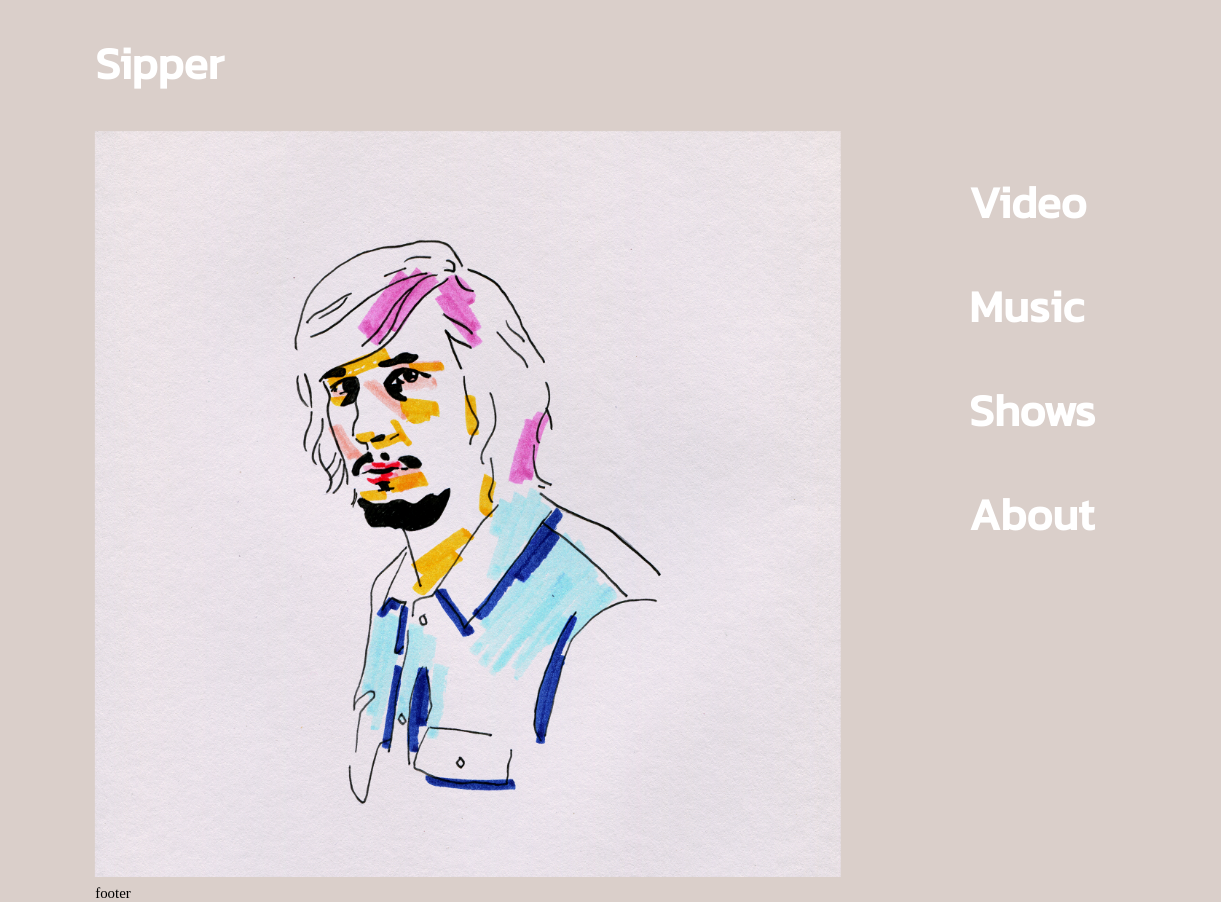
Repository: KrystellBarraza/SipperNYC
Page: home.html
The author's editor kept a copy of each file at every save. The page is drawn from the files as they stood at one save, then again after the next save.
The browser window is 1280 px wide. The page is 1280 px wide, then 1313 px, then 1280 px, so the pictures cover 1313 px, including what lies to the right of the window. The pictures show the whole page, at 93% of full size.
Some web libraries are served in a nearby version.

Above is the page before, as saved 2019-08-16 09:22:41.

### home.html
<!DOCTYPE html>
    <head>
        <meta charset="utf-8">
        <meta http-equiv="X-UA-Compatible" content="IE=edge">
        <title>Sipper</title>
        <meta name="description" content="Wholesome and intrinsically delicate, SIPPER is an NYC based band who wants nothing more than to make you enjoy whatever they put out.">
        <meta name="viewport" content="width=device-width, initial-scale=1">
        <script src="https://kit.fontawesome.com/0942df55aa.js"></script>
        <script src="https://ajax.googleapis.com/ajax/libs/jquery/3.4.1/jquery.min.js"></script>
        <link rel="stylesheet" href="https://ajax.googleapis.com/ajax/libs/jqueryui/1.12.1/themes/smoothness/jquery-ui.css">
        <script src="https://ajax.googleapis.com/ajax/libs/jqueryui/1.12.1/jquery-ui.min.js"></script>
        <link href="https://fonts.googleapis.com/css?family=Kanit&display=swap" rel="stylesheet">
        <link rel="stylesheet" href="style.css">
        <link rel="stylesheet" href="venobox/venoboxcopy.css" type="text/css" media="screen">
    </head>
    <body>

        <div class="container-home">
            <div class="head">
                <header>
                    <h1><a href="home.html">Sipper</a></h1>

                    <div id="toggleText">
                        <p class="menuToggle Open placeHolder"></p>
                        <p class="menuToggle Close" style="color: #FFF;"></p>
                    </div>

                    <div id="menu">
                        <ul id="hiddenMenu">
                            <li><a href="#video">Video</a></li>
                            <li><a href="#music">Music</a></li>
                            <li><a href="#shows">Shows</a></li>
                            <li><a href="#about">About</a></li>
                        </ul>
                    </div>

                </header>
            </div>

            <div id="menu-container"></div>

            <div class="menu">
                <div class="flexbox-nav">
                    <nav class="side-nav">
                        <h1><a href="#video">Video</a></h1>
                        <h1><a href="#music">Music</a></h1>
                        <h1><a href="#shows">Shows</a></h1>
                        <h1><a href="#about">About</a></h1>
                    </nav>
                </div>
            </div>

            <div class="album">
                <img src="images/albumcover.jpg">
            </div>

            <div class="footer">
                footer
            </div>

        </div>

        <script src="app.js" async defer></script>
        <script src="venobox/venobox.mincopy.js" async defer></script>
    </body>
</html>

### style.css
* {
    box-sizing: border-box;
}

html {
    scroll-behavior: smooth;
}

body {
    margin: 0;
    background-color: #dacfca;
}

p, li {
    font-family: 'Kanit', sans-serif;
}

p {
    font-size: 18px;
}

h1 {
    font-family: 'Kanit', sans-serif;
    color: #fff;
    font-size: 48px;
}

a {
    text-decoration: none;
    color: #fff;
}

/* Header */

.container-home {
    display: grid;
    grid-template-columns: repeat(12, 1fr);
    grid-template-rows: auto 2fr 1fr;
    grid-gap: 5px;
    grid-column-gap: 20px;
    padding-left: 8%;
    padding-right: 8%;
    grid-template-areas:
    "h h h h h h h h h h h h"
    "c c c c c c c c c m m m"
    "c c c c c c c c c m m m"
    "f f f f f f f f f m m m";
}

.head {
    grid-area: h;
}

/* Toggled Header Nav */

#toggleText {
    top: 5%;
    right: 10%;
    color: #fff;
    position: absolute;
    z-index: 10;
}

#menu-container {
    background-color: #03262f;
    position: absolute;
    width: 100%;
    left: 0%;
    height: 100vh;
    z-index: 6;
}

#menu {
    background-color: #03262f;
    position: absolute;
    top: 0%;
    left: 0%;
    width: 100%;
    height: 100vh;
    z-index: 7;
}

#hiddenMenu {
    position: absolute;
    top: 30%;
}

p.placeHolder {
    display: none;
}

p.Open:before {
    content: "Menu";
}

p.Close:before {
    content: "Close";
}

ul {
    list-style: none;
}

li {
    font-size: 44px;
    line-height: 46pt;
}

/* Toggled Media Queries */

@media only screen and (min-width: 320px) {
    h2 {
        font-size: 24px;
    }
}

@media only screen and (min-width: 375px) {
    h2 {
        font-size: 32px;
    }
}

@media only screen and (max-width: 450px) {
    nav {
        visibility: hidden;
    }
}

@media only screen and (min-width: 450px) {
    #toggleText {
        visibility: hidden;
    }

    #menu {
        visibility: hidden;
    }

    #menu-container {
        visibility: hidden;
    }
}

@media only screen and (min-width: 767px) {
    h2 {
        font-size: 56px;
    }
}

@media only screen and (min-width: 1023px) {
    h2 {
        font-size: 78px;
    }
}

/* Menu */

.menu {
    grid-area: m;
    position: relative;
    justify-self: flex-end;
}

.side-Nav {
    position: absolute;
    top: 50%;
    justify-self: flex-end;
}

/* Album */

.album {
    grid-area: c;
}

.album > img {
    object-fit: contain;
    width: 100%;
    max-height: 100%;
}

.footer {
    grid-area: f;
}

### app.js
$(document).ready(() => {
    $('#toggleText').click(() => {
      $('.menuToggle').toggleClass('placeHolder');
      $('#menu').toggle('slide',{direction:'up'}, 1000);
      $('#menu-container').toggle('fade',{direction: 'down'}, 500);
    });
  });

  $(document).ready(function(){
    $('.venobox').venobox({
        spinner:'three bounce',
        closeBackground: 'transparent'
    });
});

Loaded but not shown: venobox/venobox.mincopy.js (library); venobox/venoboxcopy.css (no copy from this time; the picture is the same without it)

After the next save:
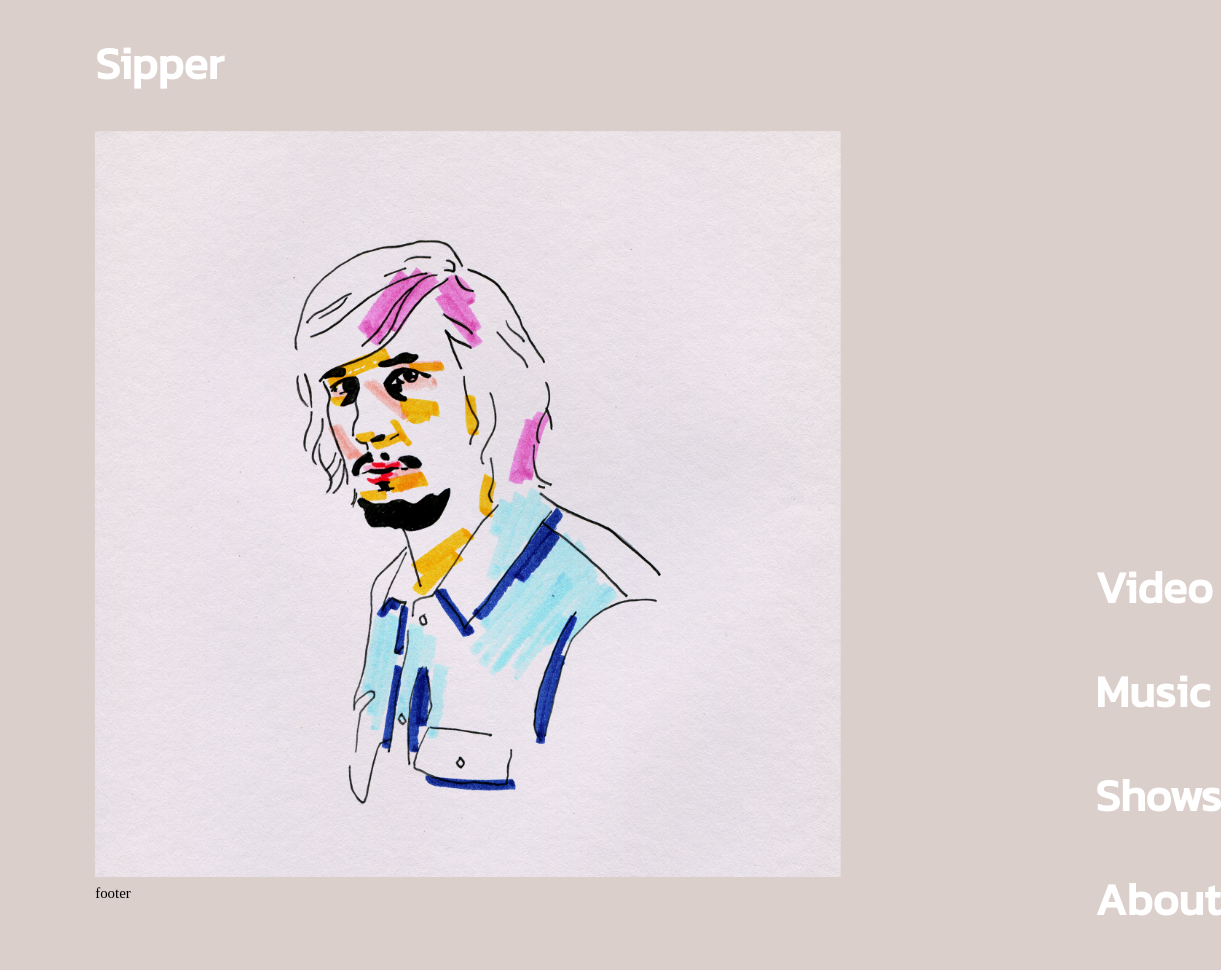
Saved 29 s later.
--- a/style.css
+++ b/style.css
@@ -160,7 +160,9 @@ li {
     justify-self: flex-end;
 }
 
-.side-Nav {
+.flexbox-nav
+
+.side-nav {
     position: absolute;
     top: 50%;
     justify-self: flex-end;

After the save that followed:
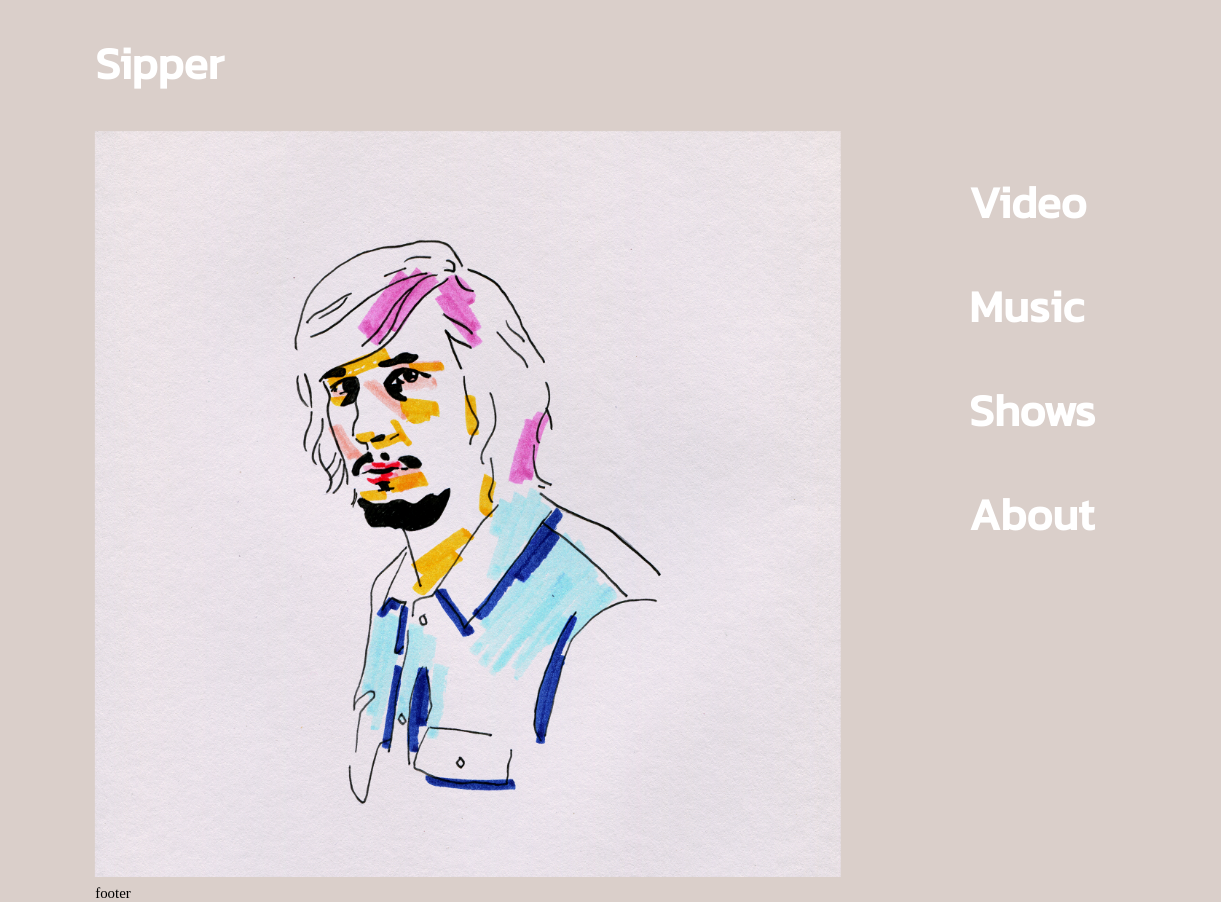
Saved 13 s later.
--- a/home.html
+++ b/home.html
@@ -41,7 +41,7 @@
 
             <div class="menu">
                 <div class="flexbox-nav">
-                    <nav class="side-nav">
+                    <nav class="side-Nav">
                         <h1><a href="#video">Video</a></h1>
                         <h1><a href="#music">Music</a></h1>
                         <h1><a href="#shows">Shows</a></h1>
